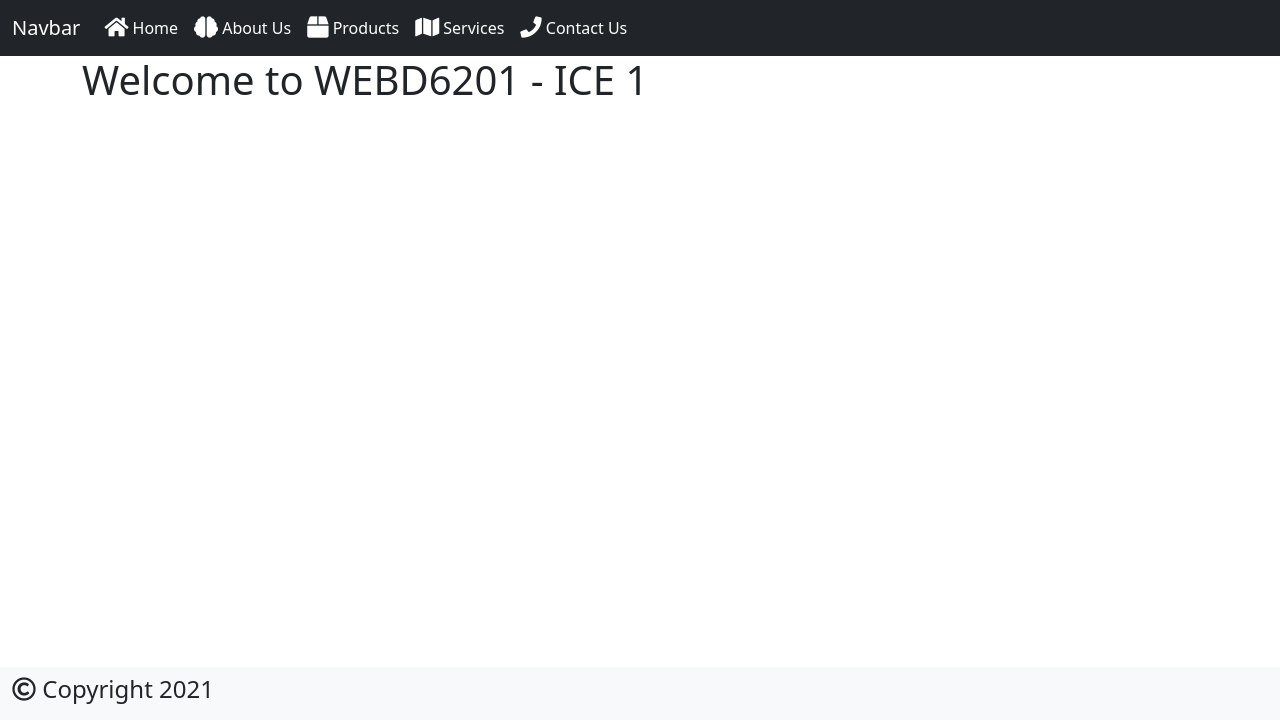
Repository: AshokSasi/WEBD6201-Week3
Page: index.html
The author's editor kept a copy of each file at every save. The page is drawn from the files as they stood at one save, then again after the next save.
The browser window is 1280 px wide. The pictures show the whole page.

Above is the page before, as saved 2021-01-21 09:44:44.

### index.html
<!DOCTYPE html>
<html lang="en">
<head>
    <meta charset="UTF-8">
    <meta name="viewport" content="width=device-width, initial-scale=1.0">
    <title>WEBD6201 - W2021 - ICE 1</title>
    <!-- CSS Section-->
    <link rel="stylesheet" href="./Content/app.css">
    <link rel="stylesheet" href="./node_modules/bootstrap/dist/css/bootstrap.min.css">
    <link rel="stylesheet" href="./node_modules/@fortawesome/fontawesome-free/css/all.min.css">
</head>
<body>
    <header>
        <nav class="navbar navbar-expand-lg navbar-dark bg-dark">
            <div class="container-fluid">
              <a class="navbar-brand" href="#">Navbar</a>
              <button class="navbar-toggler" type="button" data-bs-toggle="collapse" data-bs-target="#navbarSupportedContent" aria-controls="navbarSupportedContent" aria-expanded="false" aria-label="Toggle navigation">
                <span class="navbar-toggler-icon"></span>
              </button>
              <div class="collapse navbar-collapse" id="navbarSupportedContent">
                <ul class="navbar-nav me-auto mb-2 mb-lg-0">
                  <li class="nav-item">
                    <a class="nav-link active" aria-current="page" href="#"><i class="fas fa-home fa-lg"></i> Home</a>
                  </li>
                  <li class="nav-item">
                    <a class="nav-link active" aria-current="page" href="#"><i class="fas fa-brain fa-lg"></i> About Us</a>
                  </li>
                  <li class="nav-item">
                    <a class="nav-link active" aria-current="page" href="#"><i class="fas fa-box fa-lg"></i> Products</a>
                  </li>
                  <li class="nav-item">
                    <a class="nav-link active" aria-current="page" href="#"><i class="fas fa-map fa-lg"></i> Services</a>
                  </li>
                  <li class="nav-item">
                    <a class="nav-link active" aria-current="page" href="#"><i class="fas fa-phone fa-lg"></i> Contact Us</a>
                  </li>
                </ul>

              </div>
            </div>
          </nav>
    </header>

    <main class="container">
        <h1>Welcome to WEBD 6201</h1>

        <p id="paragraphOne"></p>
    </main>

    <!--Footer Nav -->
    <footer>
        <nav class="navbar fixed-bottom navbar-light bg-light">
            <div class="container-fluid">
              <h4><i class="far fa-copyright"></i> Copyright 2021</h4>
            </div>
          </nav>
    </footer>

    <!--Javascript section-->
    <script src="./Scripts/app.js"></script>
    <script src="./node_modules/jquery/dist/jquery.min.js"></script>
    <script src="./node_modules/bootstrap/dist/js/bootstrap.bundle.min.js"></script>
</body>
</html>

### Scripts/app.js

//IIFE Immediately Function Expression
//AKA - Anonymous Self- Executing Function
//Closure - Limits scop leak

"use strict";

(function()
{
    function Start()
    {
        console.log("App started ...");
        let paragraphOneText = "This is a simple site to demonstrate DOM manipulation for ICE 1";

        let paragraphOneElement = document.getElementById("paragraphOne");

        paragraphOneElement.textContent= paragraphOneText;
        paragraphOneElement.className="fs-5";

        // Step 1: document.createElement
        let newParagraph  = document.createElement("p");
        // Step 2: Configure the element
        newParagraph.setAttribute("id","paragraphTwo");
        newParagraph.textContent = "... And this is paragraph two";
        // Step 3: Select the parent element
        let mainContent = document.getElementsByTagName("main")[0];
        // Step4: Add/Insert the element
        mainContent.appendChild(newParagraph);

        newParagraph.className = "fs-6";

        //another way of injecting content
       let paragraphDiv = document.createElement("div");
       let paragraphThree= `<p id="paragraphThree" class="fs-7 fw-bold">And this is the third paragraph</p>`;
        paragraphDiv.innerHTML = paragraphThree;

        //example of inserting before a node.
      //  newParagraph.before(paragraphDiv)

      //example of inserting after a node.
      newParagraph.after(paragraphDiv);

      //delete elements
      //paragraphOneElement.remove();

      //example of remove child
      mainContent.removeChild(paragraphOneElement);

      //update / modification
     // mainContent.firstElementChild.textContent = "Welcome Home";

     mainContent.innerHTML =
     `<h1 id="firstHeading">Welcome to WEBD6201 - ICE 1</h1>
     <p id="paragraphOne"></p>
     `


    }
    window.addEventListener("load", Start);
})();

Loaded but not shown: node_modules/bootstrap/dist/css/bootstrap.min.css (library); node_modules/@fortawesome/fontawesome-free/css/all.min.css (library); node_modules/jquery/dist/jquery.min.js (library); node_modules/bootstrap/dist/js/bootstrap.bundle.min.js (library); Content/app.css (no stored copy; drawn as an empty file)

After the next save:
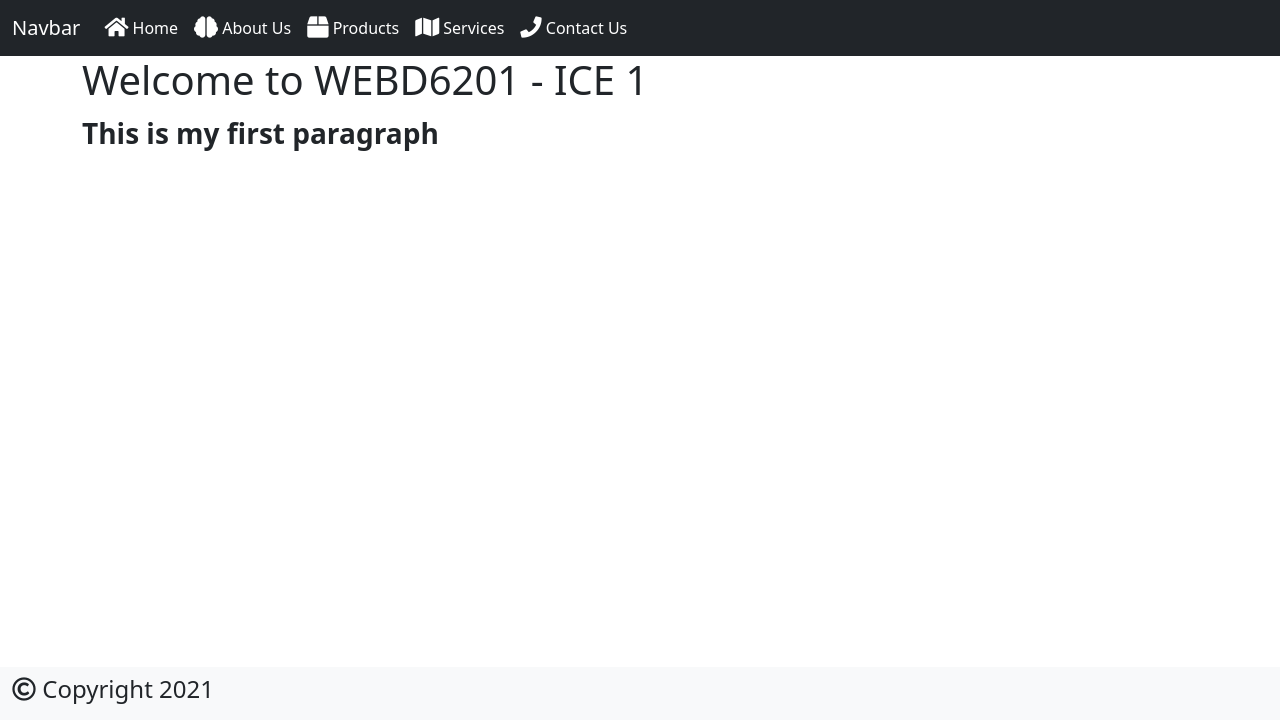
Saved 69 s later.
--- a/Scripts/app.js
+++ b/Scripts/app.js
@@ -51,7 +51,7 @@
 
      mainContent.innerHTML =
      `<h1 id="firstHeading">Welcome to WEBD6201 - ICE 1</h1>
-     <p id="paragraphOne"></p>
+     <p id="paragraphOne" class="fs-3 fw-bold">This is my first paragraph</p>
      `
 
 
